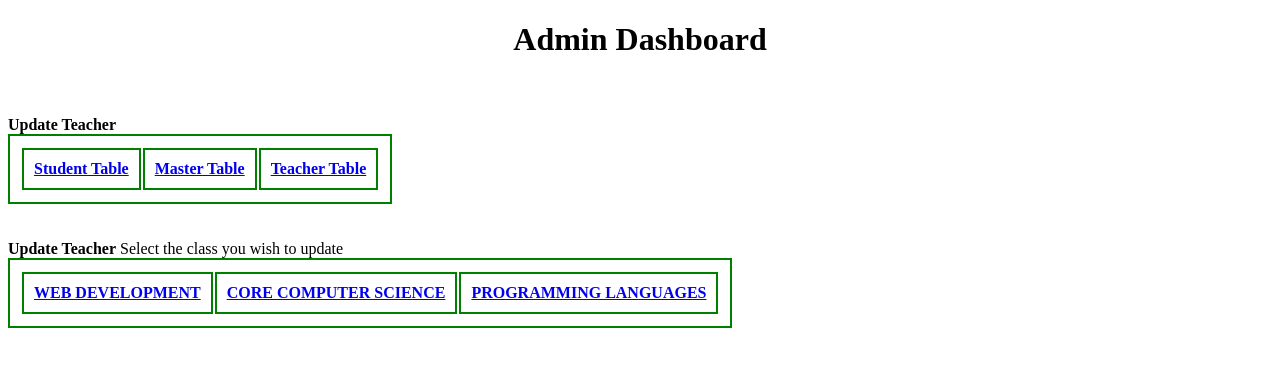
Repository: PrassanAchhaiyya/LearnersAcademy
Page: LearnersAcademy/src/main/webapp/index.html
The author's editor kept a copy of each file at every save. The page is drawn from the files as they stood at one save, then again after the next save.
The browser window is 1280 px wide. The pictures show the whole page.

Above is the page before, as saved 2022-04-27 22:44:28.

### LearnersAcademy/src/main/webapp/index.html
<!DOCTYPE html>
<html>
<head>
<meta charset="ISO-8859-1">
<title>Admin Page</title>
<style> table,td,th{border:2px solid green;padding:10px;}</style>
</head>
<body>
<h1 align="center">Admin Dashboard</h1>
<br>
<br>
<b>Update Teacher</b>
<br>
<table>
<tr>
<th><a href="read-student-table" >Student Table</a></th>
<th><a href="read-master-table">Master Table</a></th>
<th><a href="read-teacher-table">Teacher Table</a></th>
</tr>
</table>
<br><br>
<b>Update Teacher</b>
Select the class you wish to update
<br>
<table>
<tr>
<th><a href="Web.html">WEB DEVELOPMENT</a></th>
<th><a href="Core.html">CORE COMPUTER SCIENCE</a></th>
<th><a href="prog.html">PROGRAMMING LANGUAGES</a></th>
</tr>
</table>


</body>
</html>

After the next save:
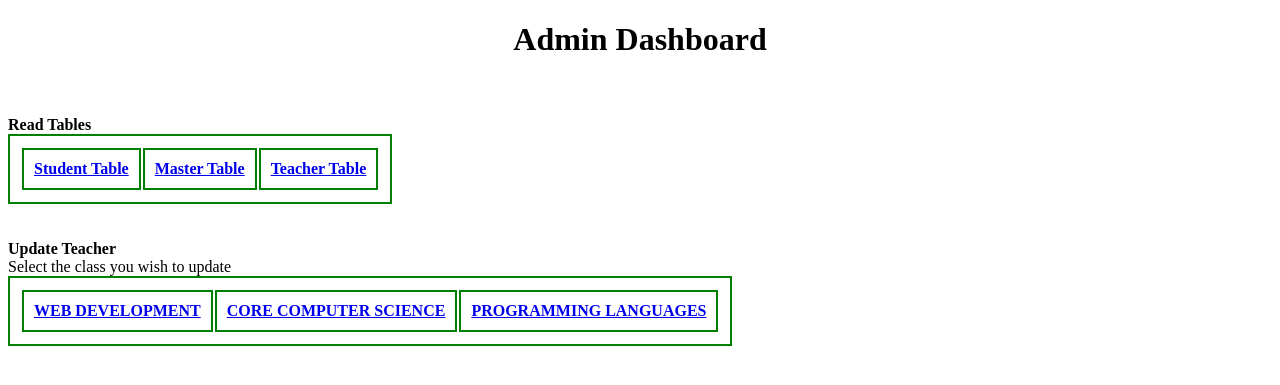
Saved 8 s later.
--- a/LearnersAcademy/src/main/webapp/index.html
+++ b/LearnersAcademy/src/main/webapp/index.html
@@ -9,7 +9,7 @@
 <h1 align="center">Admin Dashboard</h1>
 <br>
 <br>
-<b>Update Teacher</b>
+<b>Read Tables</b>
 <br>
 <table>
 <tr>
@@ -19,7 +19,7 @@
 </tr>
 </table>
 <br><br>
-<b>Update Teacher</b>
+<b>Update Teacher</b><br>
 Select the class you wish to update
 <br>
 <table>
@@ -29,6 +29,9 @@ Select the class you wish to update
 <th><a href="prog.html">PROGRAMMING LANGUAGES</a></th>
 </tr>
 </table>
+<br>
+<br>
+
 
 
 </body>
